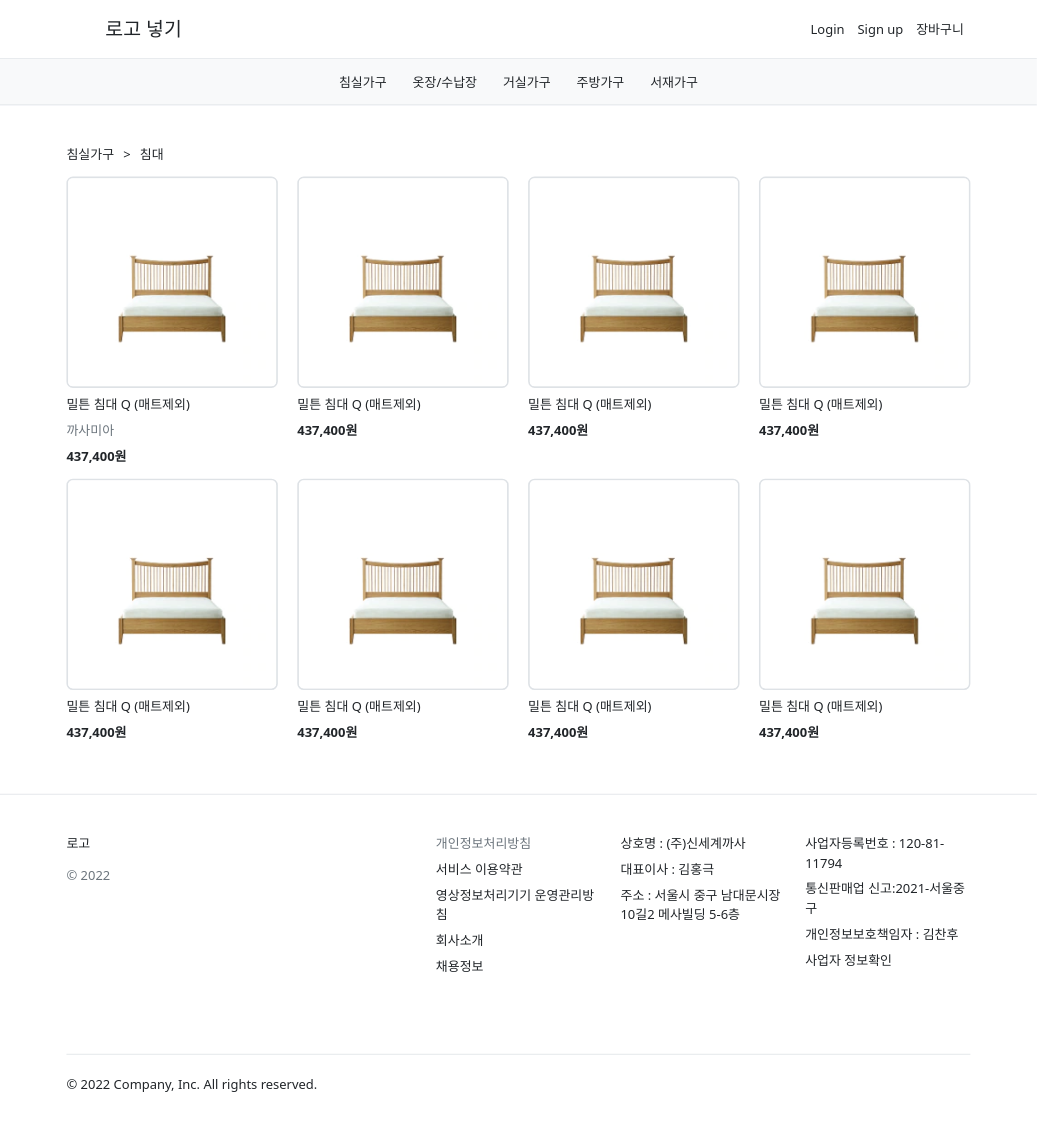
Repository: raoniee/Elice-House-Project
Page: FE/views/pages/main/item-list-page.html
The author's editor kept a copy of each file at every save. The page is drawn from the files as they stood at one save, then again after the next save.
The browser window is 1280 px wide. The pictures show the whole page, at 81% of full size.

Above is the page before, as saved 2023-07-06 14:48:06.

After the next save:
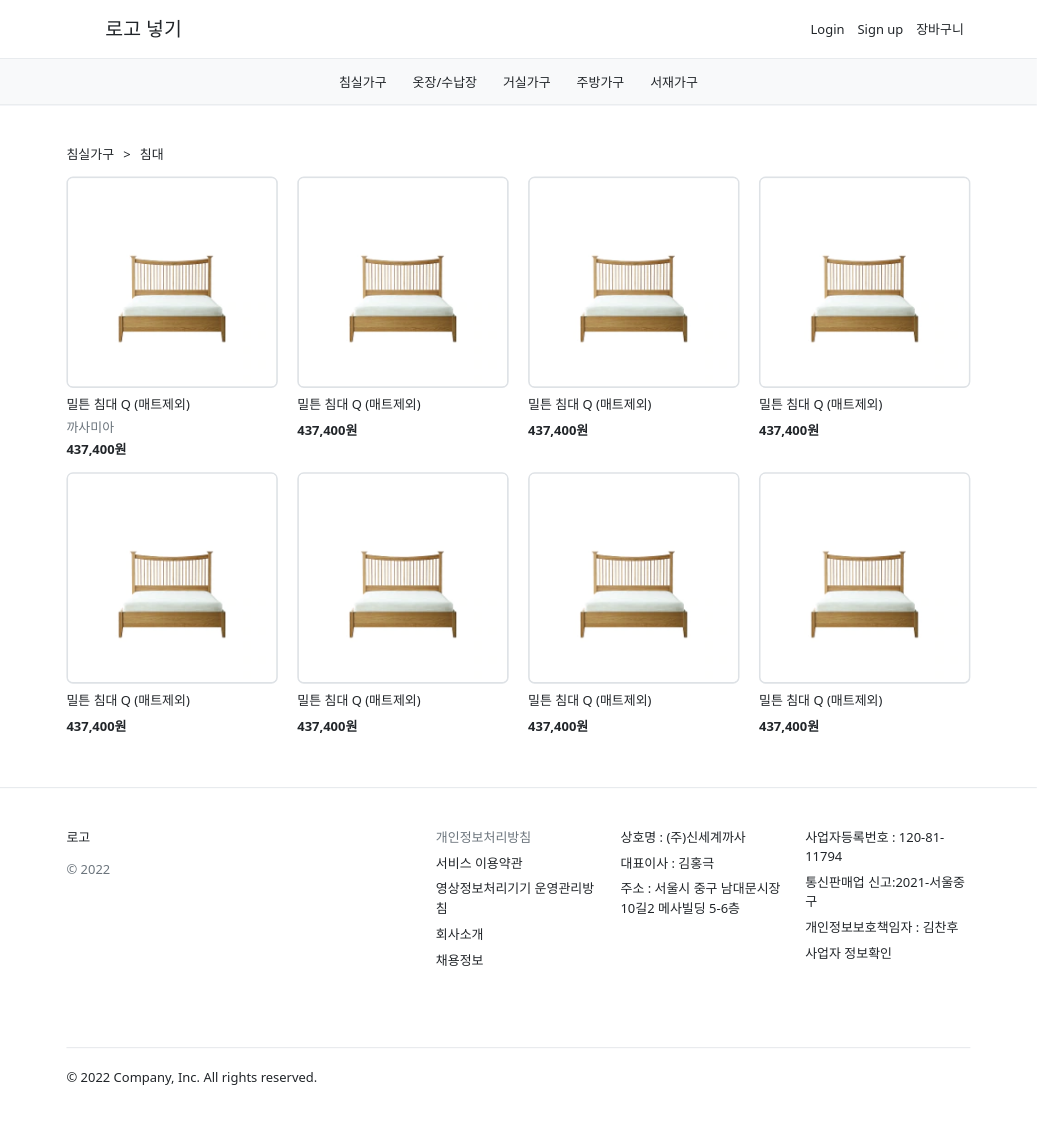
Saved 1 s later.
--- a/FE/views/pages/main/item-list-page.html
+++ b/FE/views/pages/main/item-list-page.html
@@ -57,8 +57,8 @@
                   src="../../../public/assets/imgs/item-list-card.webp"
                   alt="가구"
                 />
-                <span class="item_list_name mb-2">밀튼 침대 Q (매트제외)</span>
-                <p class="item_list_brand mb-2 text-muted">까사미아</p>
+                <span class="item_list_name mb-1">밀튼 침대 Q (매트제외)</span>
+                <p class="item_list_brand mb-1 text-muted">까사미아</p>
                 <p class="item_list_price mb-3 fw-bold">437,400원</p>
               </div>
             </div>
